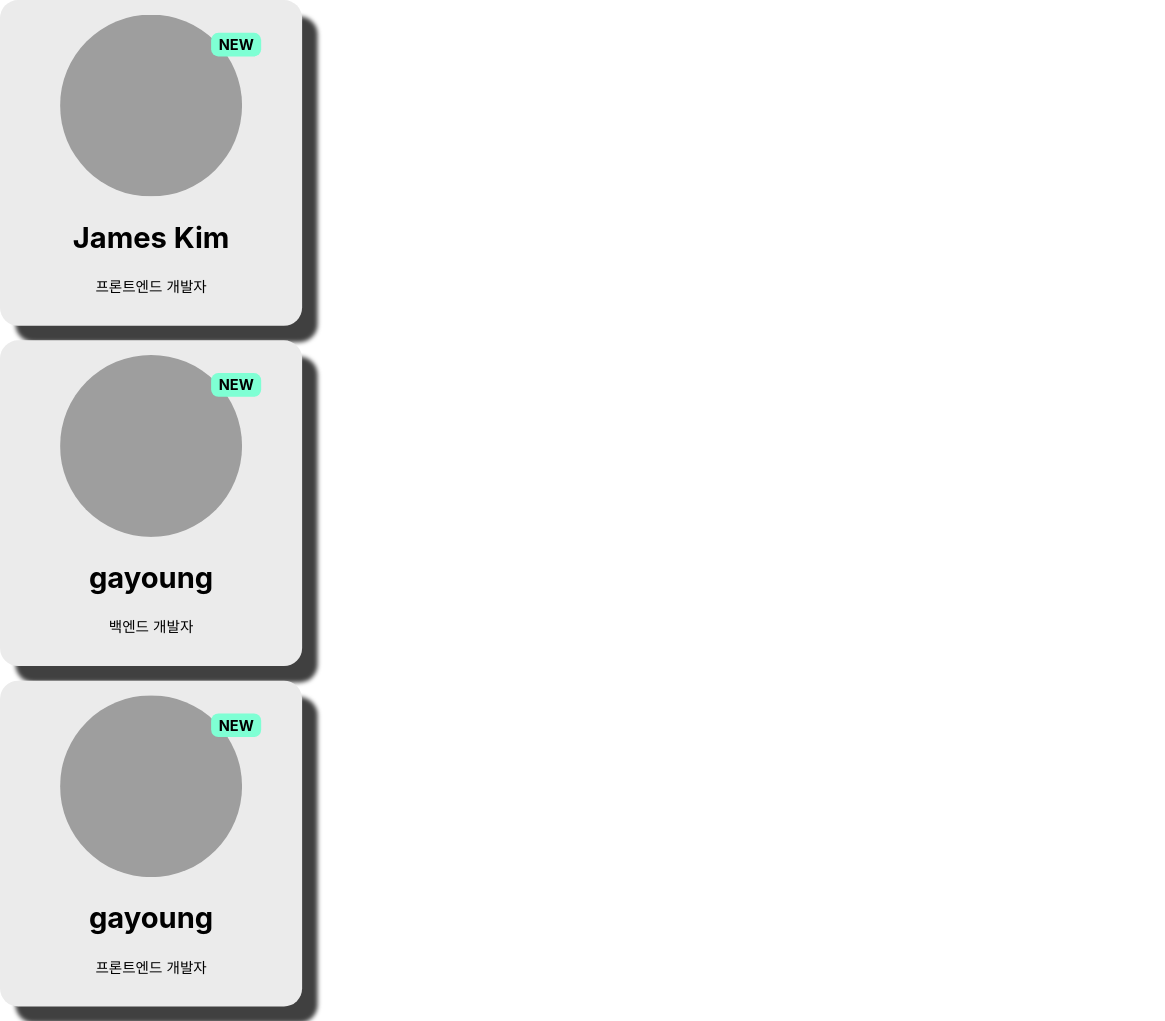
Repository: Yugayoung/css-example
Page: / (app in react/basic/)
The author's editor kept a copy of each file at every save. The page is drawn from the files as they stood at one save, then again after the next save.
The browser window is 1280 px wide. The pictures show the whole page, at 91% of full size.
Pictures or frames that could not be fetched are drawn as grey boxes. The project was rebuilt for these pictures with package versions that can differ from the ones it lists, and the page was loaded fresh each time.

Above is the page before, as saved 2023-12-19 11:51:05.

### react/basic/src/index.js
import React from 'react';
import ReactDOM from 'react-dom/client';
import './index.css';
import reportWebVitals from './reportWebVitals';
import AppProfile from './AppProfile';

const root = ReactDOM.createRoot(document.getElementById('root'));
root.render(
  <React.StrictMode>
    <AppProfile />
  </React.StrictMode>
);

// If you want to start measuring performance in your app, pass a function
// to log results (for example: reportWebVitals(console.log))
// or send to an analytics endpoint. Learn more: https://bit.ly/CRA-vitals
reportWebVitals();

### react/basic/src/AppProfile.jsx
import Profile from './components/Profile';
import './App.css';

export default function AppProfile() {
  return (
    <>
      <Profile
        image='https://images.unsplash.com/photo-1580489944761-15a19d654956?ixlib=rb-1.2.1&ixid=MnwxMjA3fDB8MHxwaG90by1wYWdlfHx8fGVufDB8fHx8&auto=format&fit=crop&w=922&q=80'
        name='James Kim'
        title='프론트엔드 개발자'
      />
      <Profile
        image='https://images.unsplash.com/photo-1633332755192-727a05c4013d?ixlib=rb-1.2.1&ixid=MnwxMjA3fDB8MHxwaG90by1wYWdlfHx8fGVufDB8fHx8&auto=format&fit=crop&w=1160&q=80'
        name='gayoung'
        title='백엔드 개발자'
      />
      <Profile
        image='https://images.unsplash.com/photo-1633332755192-727a05c4013d?ixlib=rb-1.2.1&ixid=MnwxMjA3fDB8MHxwaG90by1wYWdlfHx8fGVufDB8fHx8&auto=format&fit=crop&w=1160&q=80'
        name='gayoung'
        title='프론트엔드 개발자'
      />
    </>
  );
}

### react/basic/src/components/Profile.jsx
import React from 'react';

export default function Profile({ image, name, title }) {
  return (
    <div className='profile'>
      <img className='photo' src={image} alt='avatar' />
      <span className='new'>New</span>
      <h1>{name}</h1>
      <p>{title}</p>
    </div>
  );
}

### react/basic/src/App.css
.orange {
  color: orange;
}

.profile {
  position: relative;
  width: 300px;
  text-align: center;
  padding: 1rem;
  background-color: #ebebeb;
  border-radius: 20px;
  margin-bottom: 1rem;
  box-shadow: 17px 18px 5px 0px rgba(0, 0, 0, 0.75);
  -webkit-box-shadow: 17px 18px 5px 0px rgba(0, 0, 0, 0.75);
  -moz-box-shadow: 17px 18px 5px 0px rgba(0, 0, 0, 0.75);
}

.photo {
  width: 200px;
  height: 200px;
  border-radius: 100%;
}

.new {
  position: absolute;
  left: 70%;
  top: 10%;
  background-color: aquamarine;
  padding: 0.2rem 0.5rem;
  border-radius: 0.5rem;
  text-transform: uppercase;
  font-weight: bold;
}

Loaded but not shown: react/basic/public/index.html (common file); react/basic/src/index.css (common file); react/basic/src/reportWebVitals.js (common file)

After the next save:
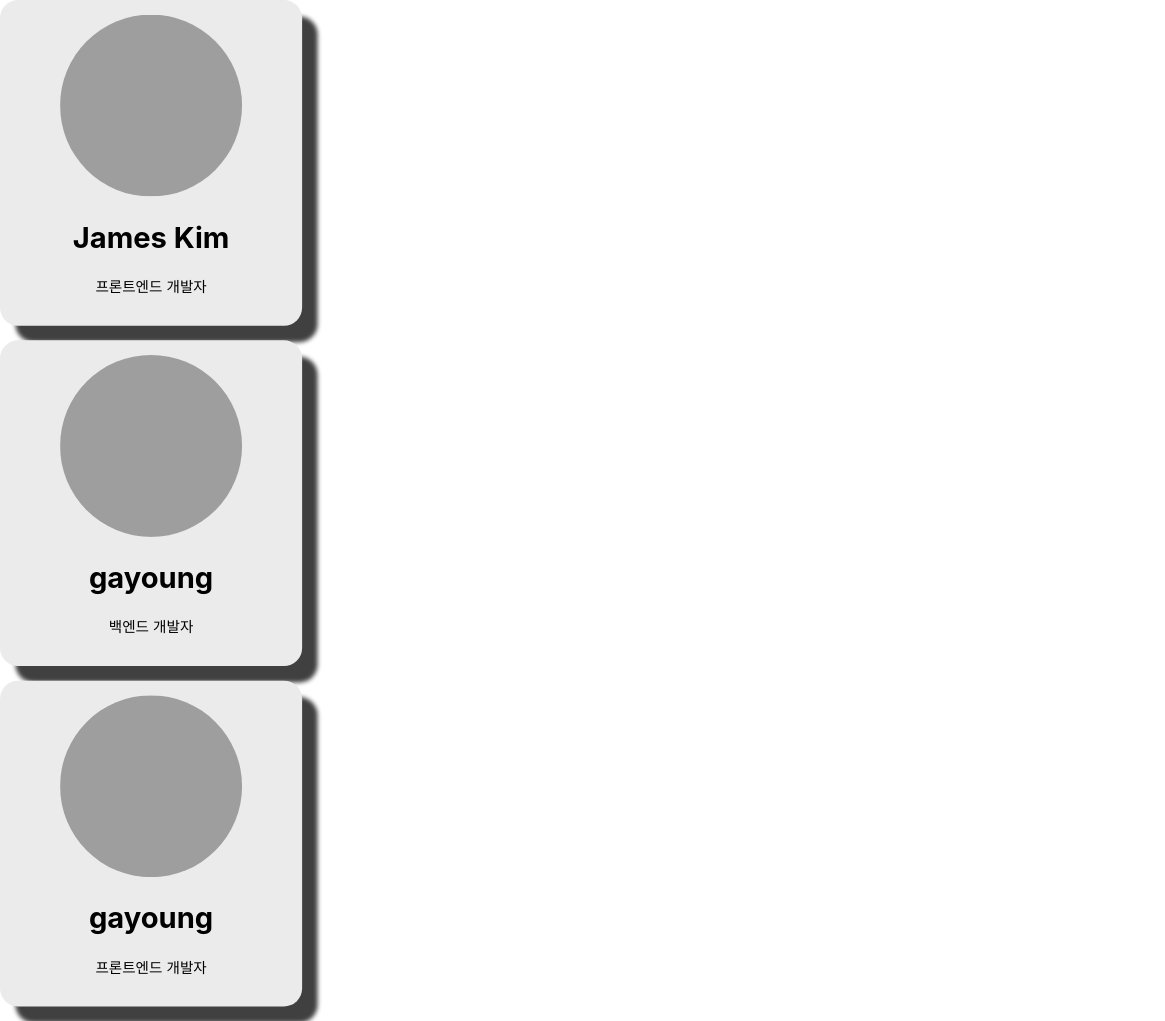
Saved 57 s later.
--- a/react/basic/src/components/Profile.jsx
+++ b/react/basic/src/components/Profile.jsx
@@ -1,10 +1,10 @@
 import React from 'react';
 
-export default function Profile({ image, name, title }) {
+export default function Profile({ image, name, title, isNew }) {
   return (
     <div className='profile'>
       <img className='photo' src={image} alt='avatar' />
-      <span className='new'>New</span>
+      {isNew && <span className='new'>New</span>}
       <h1>{name}</h1>
       <p>{title}</p>
     </div>
